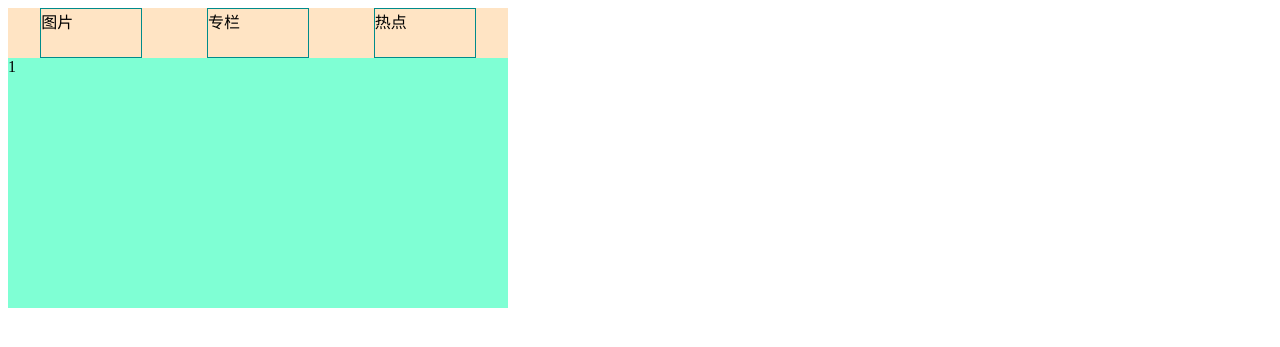
Repository: 1404413577/jsdemo
Page: /res (app in vue-demo/myweb3/)
These files come from the project's save history. The page is drawn as it stood at one moment and after the next save; the edit follows.
The browser window is 1280 px wide. The pictures show the whole page.
The project was rebuilt for these pictures with package versions that can differ from the ones it lists, and the page was loaded fresh each time. Also part of the build but not shown: vue-demo/myweb3/vue.config.js, vue-demo/myweb3/src/components/vue2/demo.vue.

Above is the page before, as saved 2022-11-25 20:45:45.

### vue-demo/myweb3/src/App.vue
<template>
  <router-view/>
</template>

<script>

</script>
<style lang="less">

</style>

### vue-demo/myweb3/src/router/index.js
import { createRouter, createWebHistory } from 'vue-router'

const routes = [
  {
    path: "/home",
    component: 'home',
    component: () => import('../views/Home.vue')
},
  {
    path: '/onclick',
    name: 'onclick',
    component: () => import('../views/OnClick.vue')
  },
  {
    path: '/res',
    name: 'res',
    component: () => import('../views/res.vue')

  }
]

const router = createRouter({
  history: createWebHistory(process.env.BASE_URL),
  routes
})

export default router

### vue-demo/myweb3/src/views/res.vue
<template>
  <div>
    <!-- <Demo /> -->
    <Tab />
  </div>
</template>

<script>
import Demo from "@/components/vue2/demo.vue";
import Tab from "@/components/vue2/Tab.vue";
export default {
  components: {
    Demo,
    Tab,
  },
};
</script>

<style>

</style>

### vue-demo/myweb3/src/components/vue2/Tab.vue
<template>
  <div class="main">
    <div>
        <nav>
            <span @click="btnFn(1)">图片</span>
            <span @click="btnFn(2)">专栏</span>
            <span @click="btnFn(3)">热点</span>
        </nav>


        <div v-show="status == 1">1</div>
        <div v-show="status == 2">2</div>
        <div v-show="status == 3">3</div>

    </div>
  </div>
</template>

<script>
export default {
    data() {
        return{
            status : 1
        }
    },
    methods:{
        btnFn(val) {
            this.status = val;
        }
    }

}
</script>

<style scoped>
*{
    padding: 0;
    margin: 0;
}
.main{
    width: 500px;
    height: 300px;
    background-color: aquamarine;

}

.main nav{
    width: 100%;
    height: 50px;
    background-color: bisque;
    display: flex;
    justify-content: space-around;
}
.main nav span{
    width: 100px;
    border: 1px solid darkcyan;
}
</style>

Loaded but not shown: vue-demo/myweb3/public/index.html (common file); vue-demo/myweb3/src/main.js (common file); vue-demo/myweb3/src/store/index.js (common file)

After the next save:
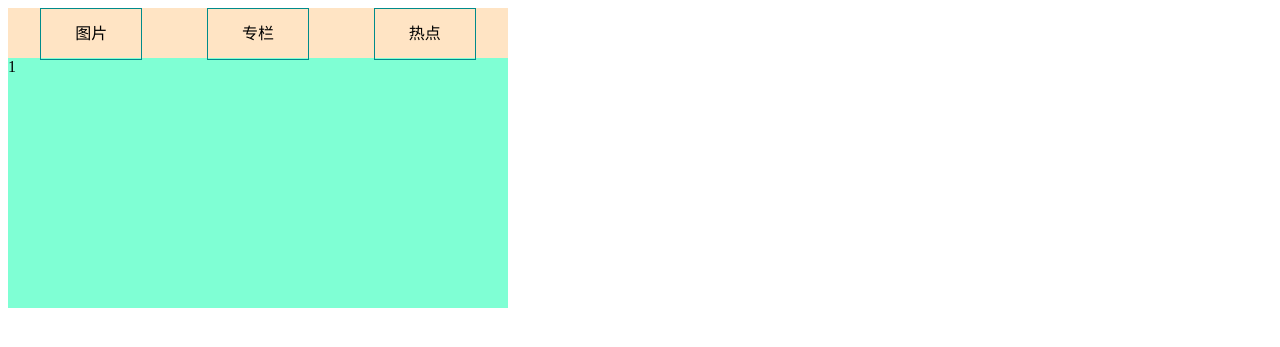
Saved 42 s later.
--- a/vue-demo/myweb3/src/components/vue2/Tab.vue
+++ b/vue-demo/myweb3/src/components/vue2/Tab.vue
@@ -53,6 +53,9 @@ export default {
 }
 .main nav span{
     width: 100px;
+    height: 50px;
+    line-height: 50px;
+    text-align: center;
     border: 1px solid darkcyan;
 }
 </style>
